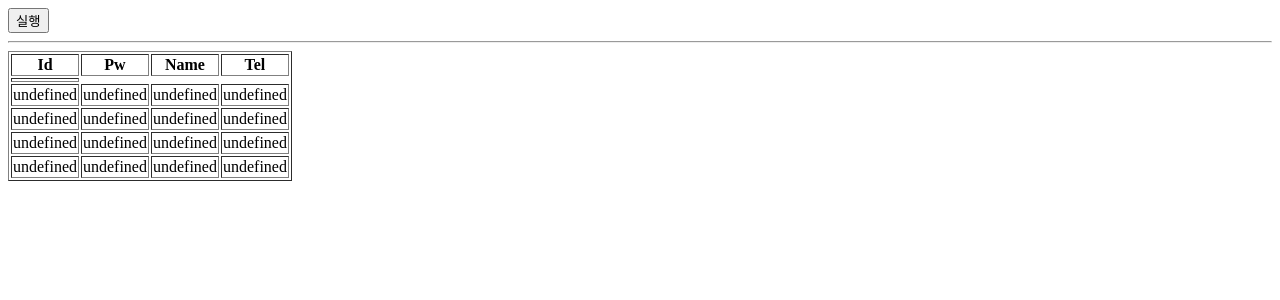
Repository: jinseon5462/Study_Jsp2
Page: http://localhost/ajax_crud/listView.jsp
The author's editor kept a copy of each file at every save. The page is drawn from the files as they stood at one save, then again after the next save.
The browser window is 1280 px wide. The pictures show the whole page.
After loading, the first visible `#btn` was clicked once.
The page is served by Tomcat 9. Other server files are loaded and not shown.

Above is the page before, as saved 2023-01-03 12:32:56.

### jsp_ws/ajax_crud/src/main/webapp/listView.jsp
<%@ page language="java" contentType="text/html; charset=UTF-8"
    pageEncoding="UTF-8"%>
<!DOCTYPE html>
<html>
<head>
<meta charset="UTF-8">
<title></title>
</head>
<body>
<button id="btn">실행</button>
<hr>
<table border="1">
	<tr>
		<th>Id</th>
		<th>Pw</th>
		<th>Name</th>
		<th>Tel</th>
	</tr>
	<tbody id="tbody">
		<tr>
			<td></td>
		</tr>
	</tbody>
</table>
<script>
	const btn = document.querySelector("#btn");
	btn.addEventListener('click', loadDoc);

	function loadDoc() {
		const xhttp = new XMLHttpRequest();
		xhttp.onload = function() {
			let jsonStr = this.responseText;
			alert(jsonStr);
			let obj = JSON.parse(jsonStr);
			const tbody = document.querySelector("#tbody");

			for(var i = 0; i < obj.length; i++){
				tbody.innerHTML += "<tr><td>" + obj.id + "</td><td>" + obj.pw + "</td><td>" + obj.name + "</td><td>" + obj.tel + "</td></tr>";
			}


			/* document.getElementById("id").value = obj.id;
			document.getElementById("pw").value = obj.pw;
			document.getElementById("name").value = obj.name;
			document.getElementById("tel").value = obj.tel; */
		}
		xhttp.open("GET", "text.txt");
		xhttp.send();
	}
</script>
</body>
</html>

### jsp_ws/ajax_crud/src/main/webapp/text.txt
[{"id" : "aaa", "pw" : "1111", "name" : "james1", "tel" : "010-1111-1111"},
{"id" : "aaa", "pw" : "1111", "name" : "james2", "tel" : "010-1111-1111"},
{"id" : "aaa", "pw" : "1111", "name" : "james3", "tel" : "010-1111-1111"},
{"id" : "aaa", "pw" : "1111", "name" : "james4", "tel" : "010-1111-1111"}]

After the next save:
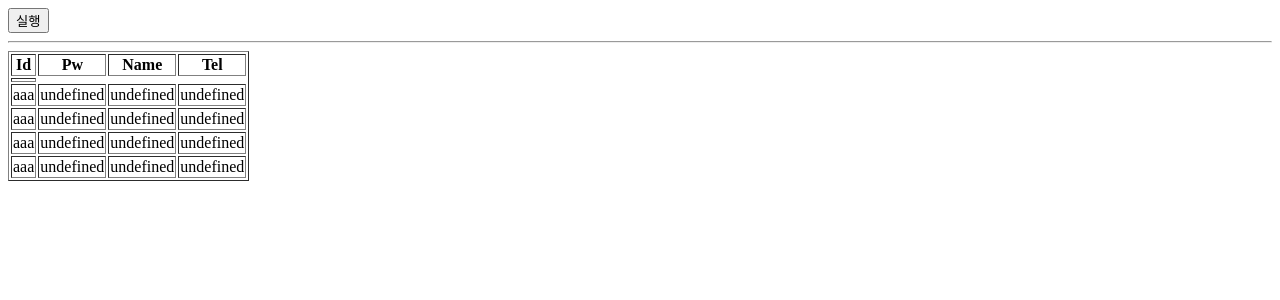
Saved 60 s later.
--- a/jsp_ws/ajax_crud/src/main/webapp/listView.jsp
+++ b/jsp_ws/ajax_crud/src/main/webapp/listView.jsp
@@ -35,7 +35,7 @@
 			const tbody = document.querySelector("#tbody");
 
 			for(var i = 0; i < obj.length; i++){
-				tbody.innerHTML += "<tr><td>" + obj.id + "</td><td>" + obj.pw + "</td><td>" + obj.name + "</td><td>" + obj.tel + "</td></tr>";
+				tbody.innerHTML += "<tr><td>" + obj[i].id + "</td><td>" + obj.pw + "</td><td>" + obj.name + "</td><td>" + obj.tel + "</td></tr>";
 			}
 
 
